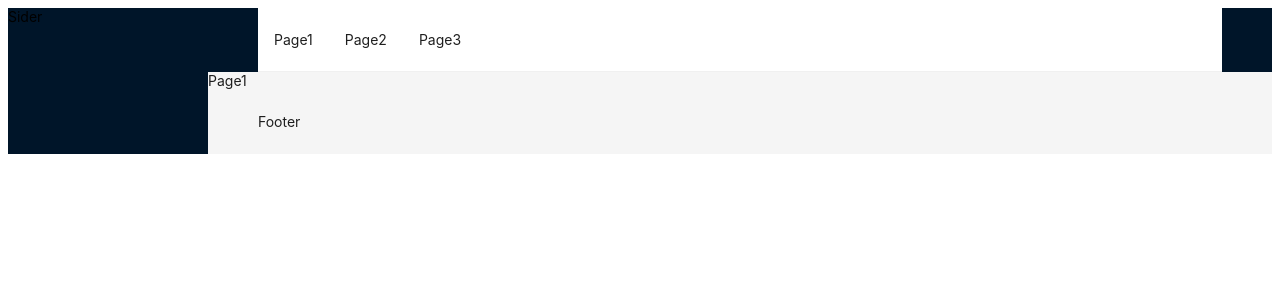
Repository: BESTETURKMEN/e-commerce
Page: /
The author's editor kept a copy of each file at every save. The page is drawn from the files as they stood at one save, then again after a run of saves.
The browser window is 1280 px wide. The pictures show the whole page.
The project was rebuilt for these pictures with package versions that can differ from the ones it lists, and the page was loaded fresh each time. Also part of the build but not shown: webpack.config.js, src/layout/layout.scss, src/pages/page2.jsx, src/pages/page3.jsx.

Above is the page before, as saved 2023-08-21 09:57:55.

After the next 4 saves:
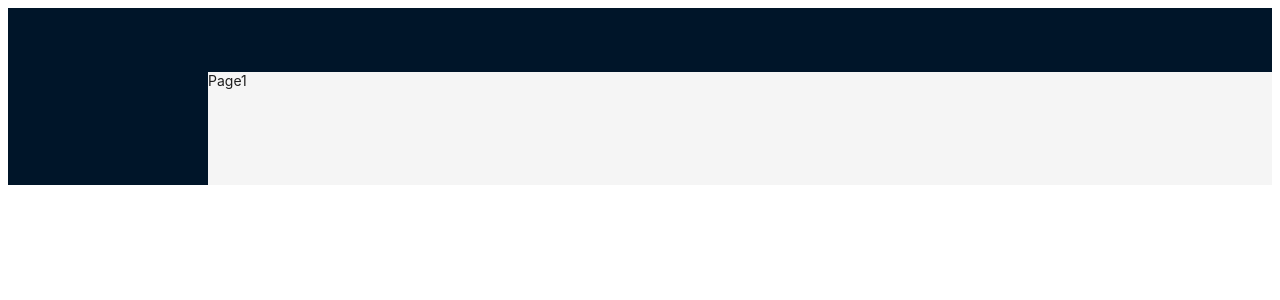
The 4 saves are shown as one change because 3 did not build or start.
The last was saved 89 s later.
--- a/src/layout/index.jsx
+++ b/src/layout/index.jsx
@@ -7,7 +7,9 @@
 
 import "./layout.scss";
 import Sider from "./sider";
+
 export default function Index() {
+  const { Header, Footer, Sider } = Layout;
   return (
     <div>
       <Layout>

After the save that followed:
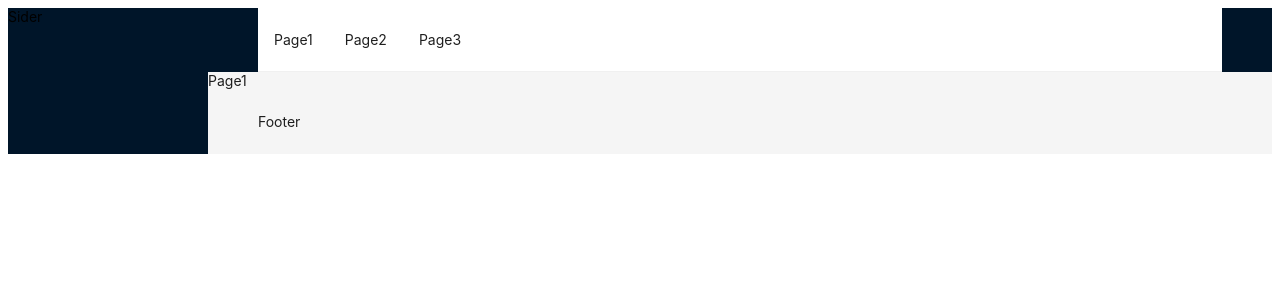
Saved 21 s later.
--- a/src/layout/index.jsx
+++ b/src/layout/index.jsx
@@ -9,7 +9,6 @@
 import Sider from "./sider";
 
 export default function Index() {
-  const { Header, Footer, Sider } = Layout;
   return (
     <div>
       <Layout>
